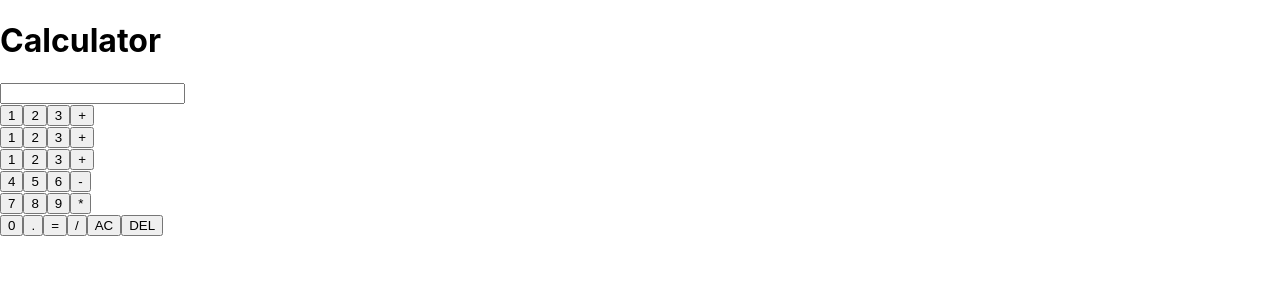
Repository: thesaherriaz/Calculator-React
Page: /
An editor plug-in stored every save of this project. The page is shown before and after the next save, followed by the edit.
The browser window is 1280 px wide. The pictures show the whole page.
The project was rebuilt for these pictures with package versions that can differ from the ones it lists, and the page was loaded fresh each time.

Above is the page before, as saved 2025-06-18 14:12:30.

After the next save:
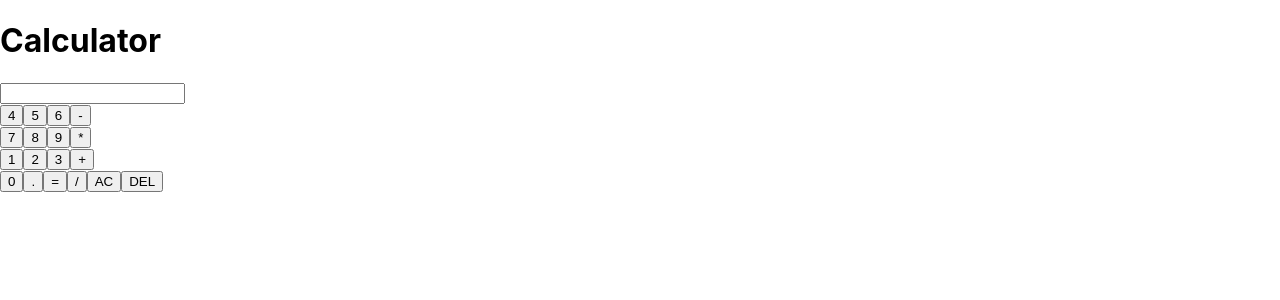
Saved 6 s later.
--- a/src/compnents/Calculator.jsx
+++ b/src/compnents/Calculator.jsx
@@ -7,18 +7,6 @@ function Calculator() {
             <h1>Calculator</h1>
             <input type="text" name="input" id="input" />
             <div>
-                <button>1</button>
-                <button>2</button>
-                <button>3</button>
-                <button>+</button> <br />
-                <button>1</button>
-                <button>2</button>
-                <button>3</button>
-                <button>+</button> <br />
-                <button>1</button>
-                <button>2</button>
-                <button>3</button>
-                <button>+</button> <br />
                 <button>4</button>
                 <button>5</button>
                 <button>6</button>
@@ -27,6 +15,10 @@ function Calculator() {
                 <button>8</button>
                 <button>9</button>
                 <button>*</button> <br />
+                <button>1</button>
+                <button>2</button>
+                <button>3</button>
+                <button>+</button> <br />
                 <button>0</button>
                 <button>.</button>
                 <button>=</button>
